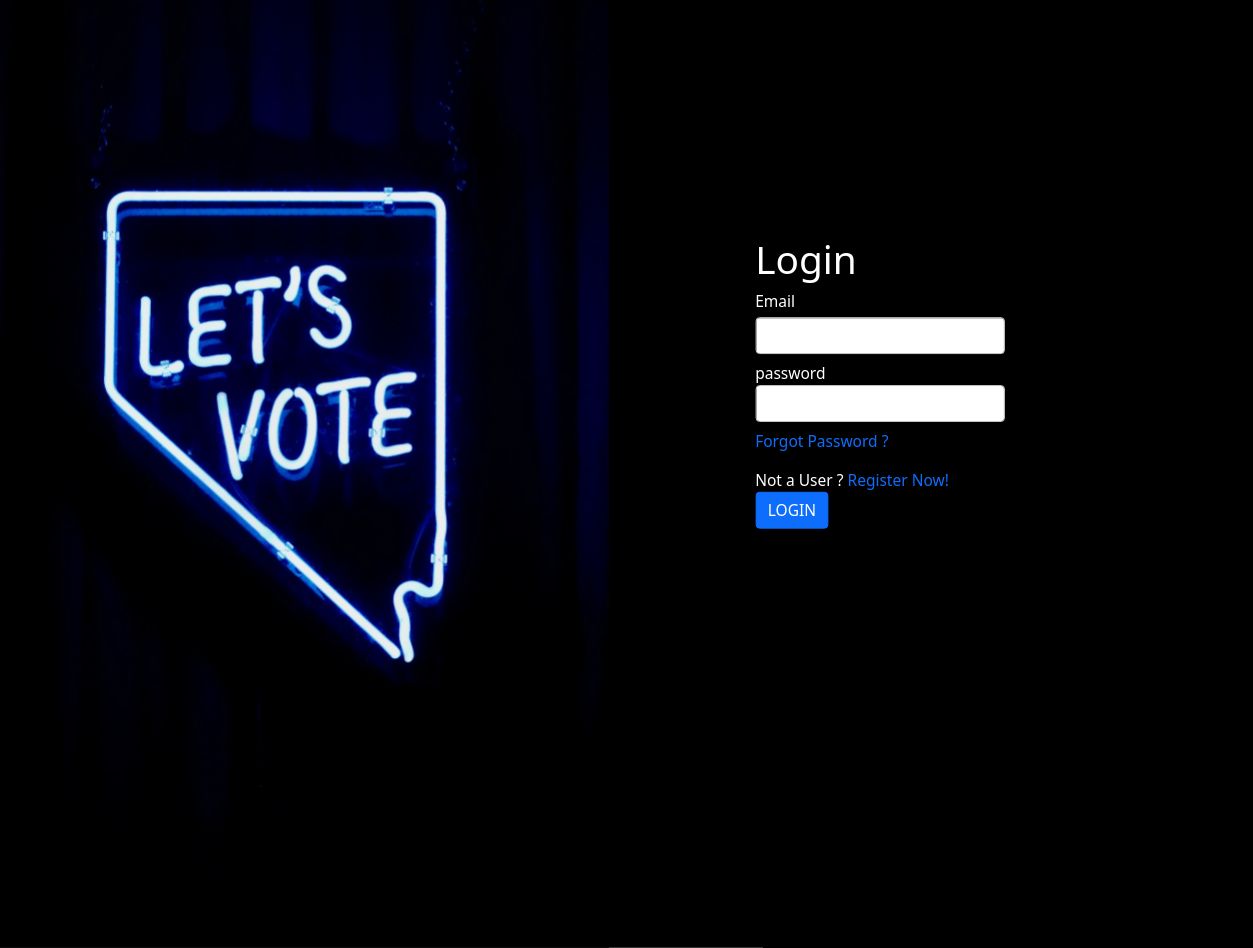
Repository: DavidManiIbrahim/Voting-app
Page: Register.html
These files come from the project's save history. The page is drawn as it stood at one moment and after the next save; the edit follows.
The browser window is 1280 px wide. The page is 1292 px wide, so the pictures cover 1292 px, including what lies to the right of the window. The pictures show the whole page, at 97% of full size.

Above is the page before, as saved 2025-01-18 07:46:47.

After the next save:
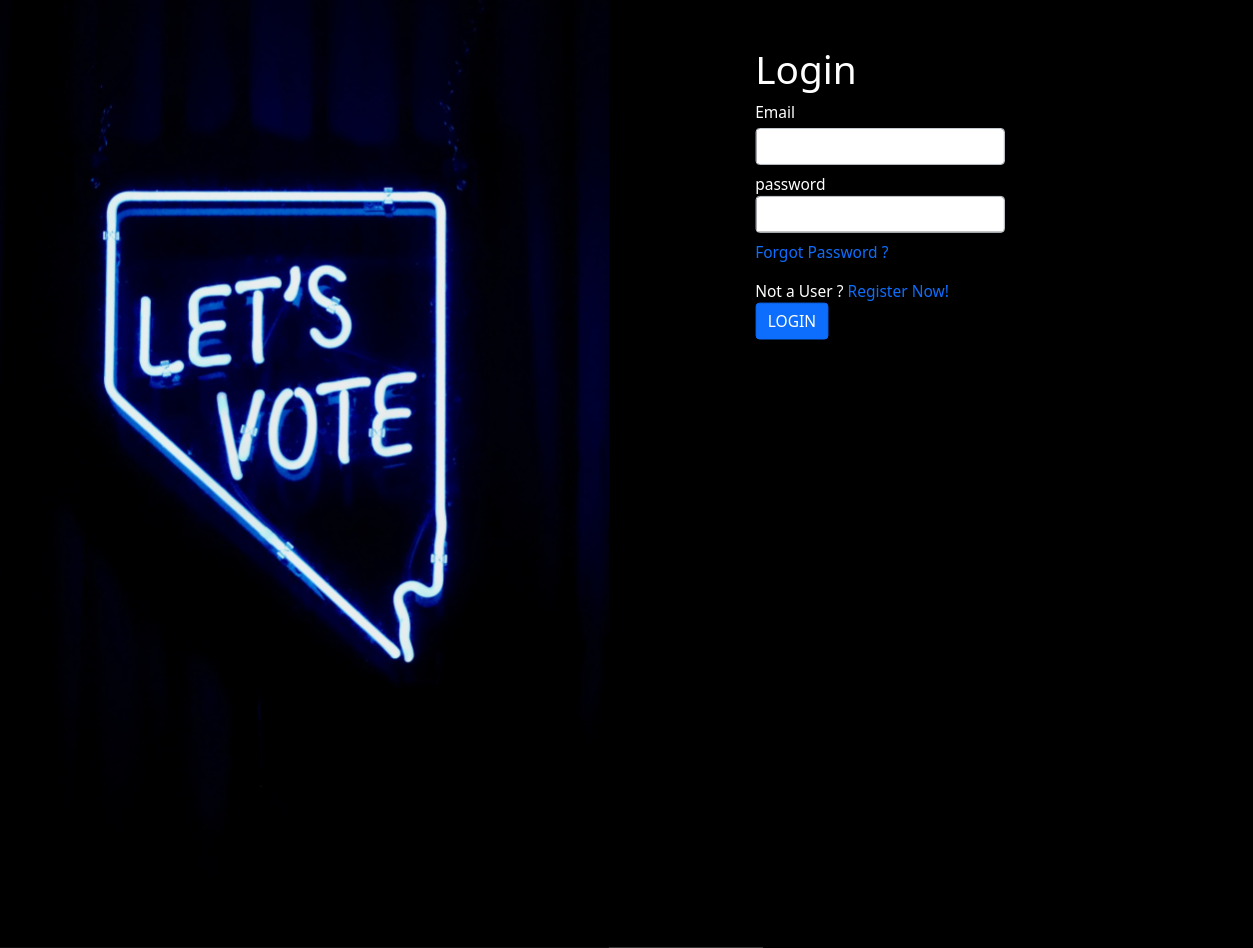
Saved 26 s later.
--- a/Register.html
+++ b/Register.html
@@ -24,7 +24,7 @@
     <div class="col-md  container-fluid">
         <img src="./unsplash_LA1VawaCjjI.svg" alt="login image" class=" img-fluid" width="100%">
     </div>
-    <div class="col-md text-white align-items-center h-auto">
+    <div class="col-md text-white align-items-center h-100">
         <form action="" class="w-75  p-5 m-auto ">
             <h1>Login</h1>
             <label for="email" class="form-label">Email  <br>
